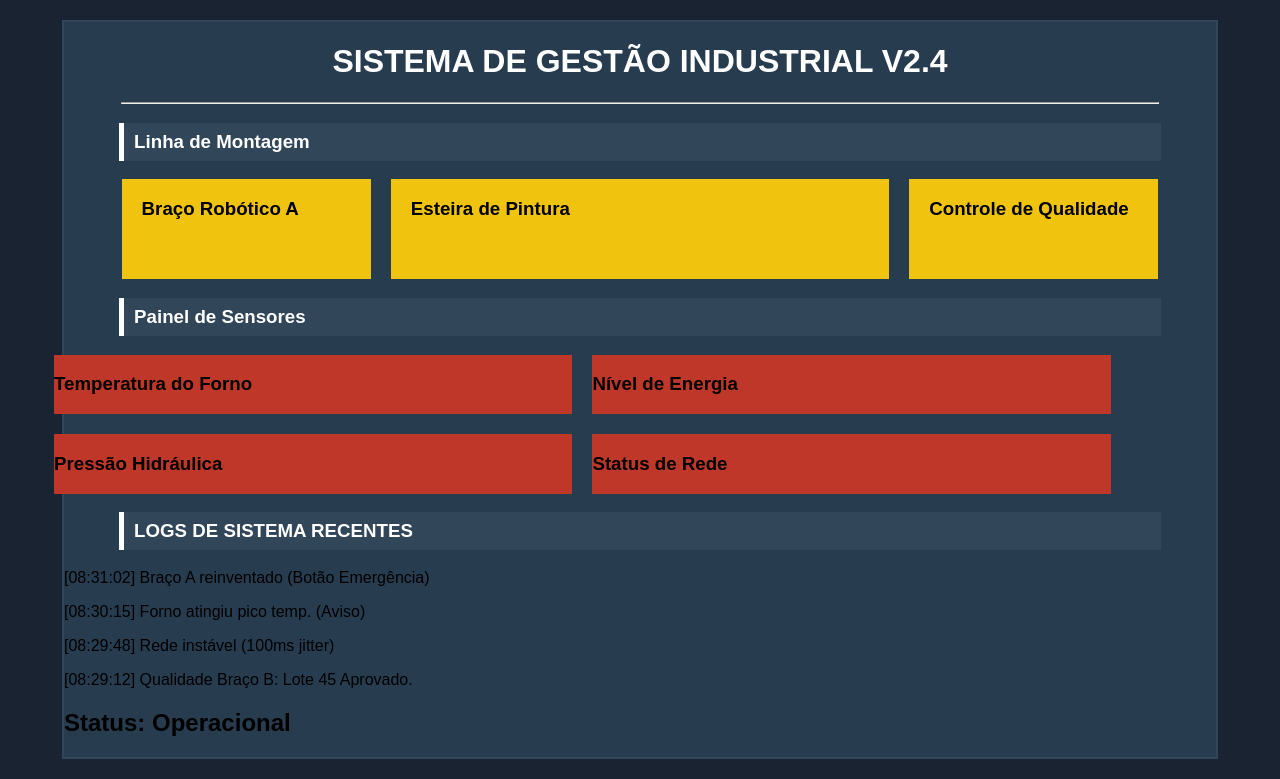
Repository: DanielEDapper/Front-WEG
Page: ProfeIgor/Aula5 - Dashboard Industrial/index.html
An editor plug-in stored every save of this project. The page is shown before and after the next save, followed by the edit.
The browser window is 1280 px wide. The pictures show the whole page.
Some icons come from a web library that is not loaded, so they are not drawn.

Above is the page before, as saved 2026-05-29 19:56:06.

After the next save:
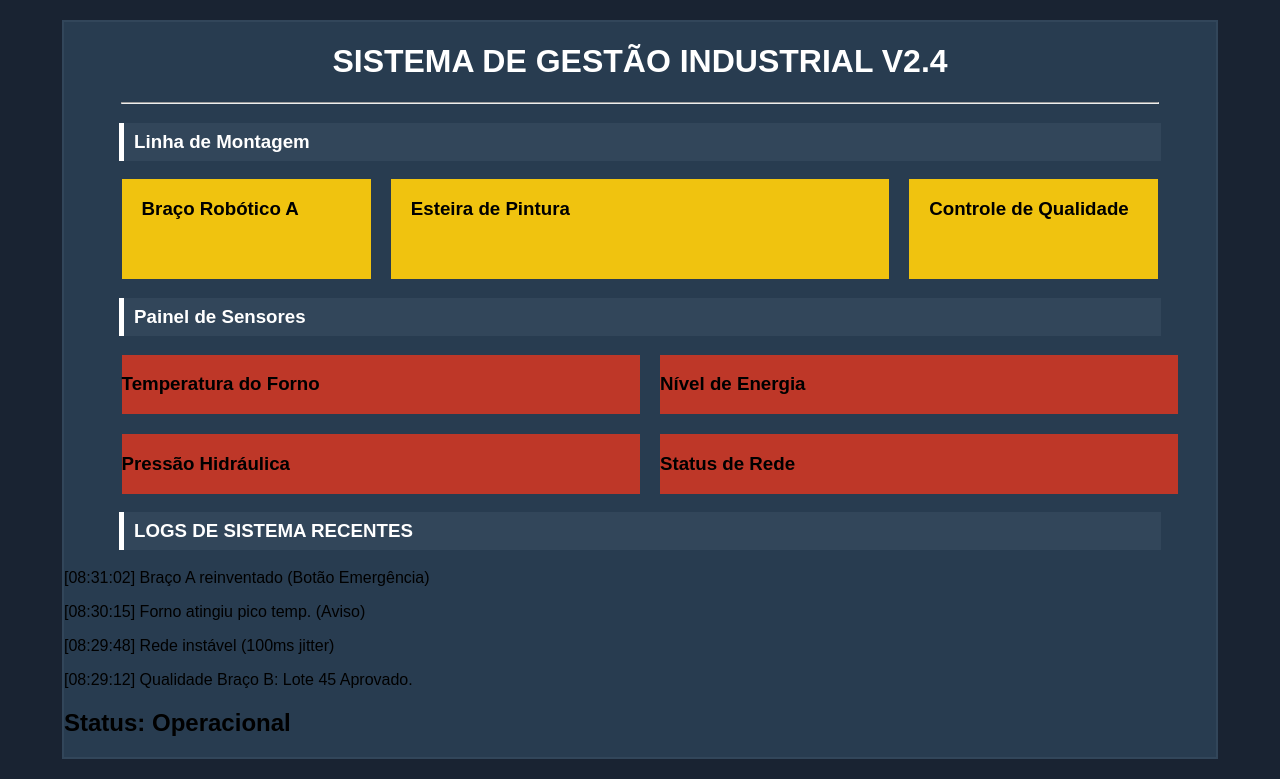
Saved 6 s later.
--- a/ProfeIgor/Aula5 - Dashboard Industrial/style.css
+++ b/ProfeIgor/Aula5 - Dashboard Industrial/style.css
@@ -99,7 +99,7 @@ hr{
     display: grid;
     grid-template-columns: 50% 50%;
     gap: 20px;
-    justify-content: center;
+    justify-self: center;
 }
 
 .card-sensores{
